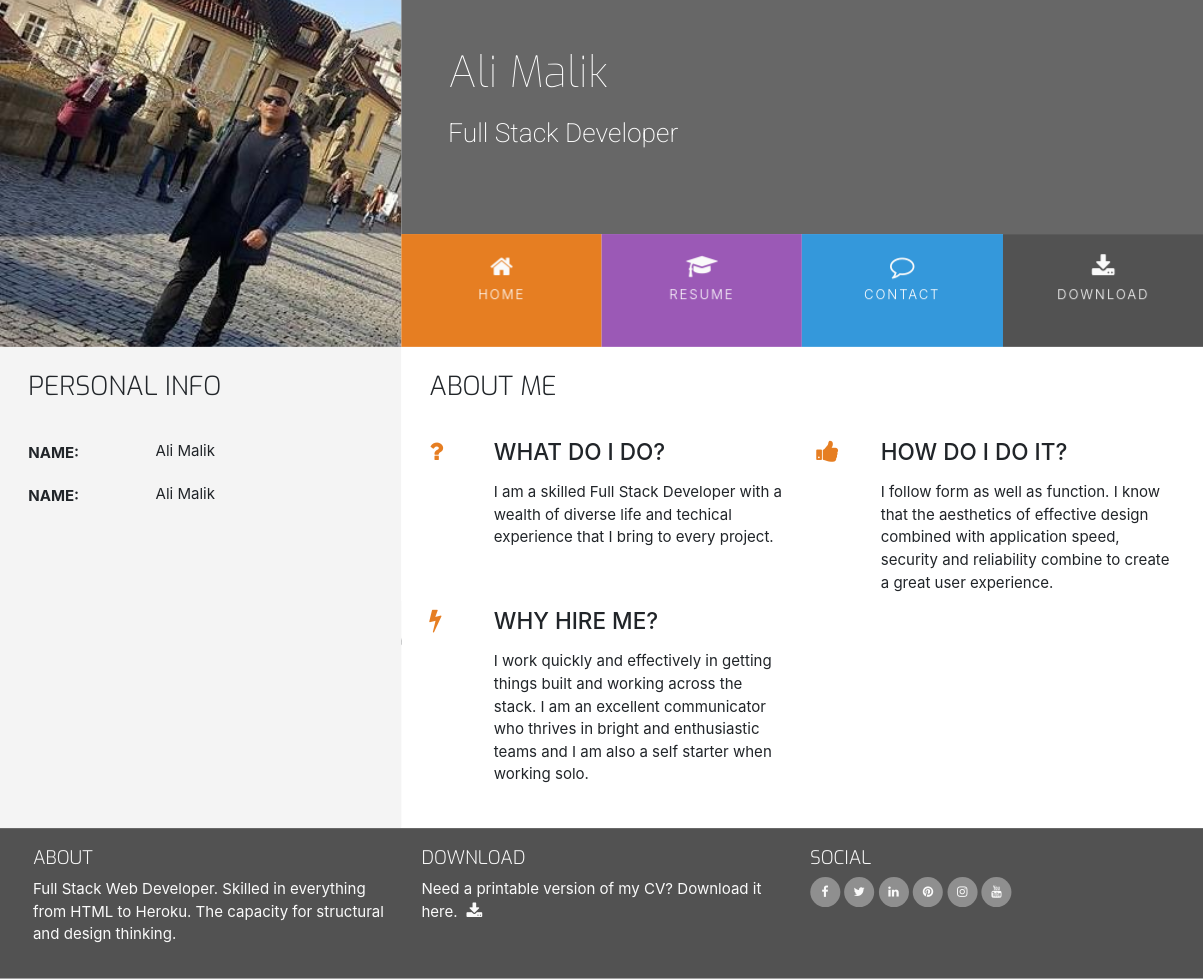
Repository: anmalik82/Padding-Top
Page: index.html
The author's editor kept a record of every edit. The page is drawn from the files as they stood at one moment, then again after the next edit.
The browser window is 1280 px wide. The pictures show the whole page, at 94% of full size.
Some web libraries are served in a nearby version.

Above is the page before.

### index.html
<!DOCTYPE html>
<html lang="en">
<head>
    <meta charset="UTF-8">
    <meta name="viewport" content="width=device-width, initial-scale=1.0">
    <meta http-equiv="X-UA-Compatible" content="ie=edge">
    <link rel="stylesheet" href="https://stackpath.bootstrapcdn.com/bootstrap/4.2.1/css/bootstrap.min.css" type="text/css" />
    <link rel="stylesheet" href="https://stackpath.bootstrapcdn.com/font-awesome/4.7.0/css/font-awesome.min.css" type="text/css" />
    <link rel="stylesheet" href="https://cdnjs.cloudflare.com/ajax/libs/hover.css/2.3.1/css/hover-min.css" type="text/css" />
    <link rel="stylesheet" href="assets/css/style.css" type="text/css" />
    <title>Ali</title>
</head>

<body>
    <header>
       <div class="row no-gutters">
           <a href="index.html" class="col-md-4 logo">

           </a>
           <div class="col-md-8">
               <div class="row no-gutters bg-color-name-title">
                   <div class="col heading">
                       <h1 class="name">Ali Malik</h1>
                       <h2 class="title">Full Stack Developer</h2>
                   </div>
               </div>
               <div class="row no-gutters">
                   <div class="col">
                       <ul id="nav" class="list-inline menucontainer">
                           <li class="col-6 col-sm-3 ui-menu-color-home list-inline-item menuitem">
                               <a href="#" class="hvr-sweep-to-bottom"><i class="fa fa-home" aria-hidden="true"></i><span>Home</span></a>
                           </li>
                           <li class="col-6 col-sm-3 ui-menu-color-resume list-inline-item menuitem">
                               <a href="#" class="hvr-sweep-to-bottom"><i class="fa fa-graduation-cap" aria-hidden="true"></i><span>Resume</span></a>
                           </li>
                           <li class="col-6 col-sm-3 ui-menu-color-contact list-inline-item menuitem">
                               <a href="#" class="hvr-sweep-to-bottom"><i class="fa fa-comment-o" aria-hidden="true"></i><span>Contact</span></a>
                           </li>
                           <li class="col-6 col-sm-3 ui-menu-color-download list-inline-item menuitem">
                               <a href="#" class="hvr-sweep-to-bottom"><i class="fa fa-download" aria-hidden="true"></i><span>Download</span></a>
                           </li>
                       </ul>
                   </div>
               </div>

           </div>
       </div>

    </header>

    <section class="container-fluid">
        <div class="row">
            <div class="col-md-4 bg-color-personal-info section-column">
                <div class="row">
                    <div class="col-12">
                        <h3 class="section-heading uppercase">
                            Personal Info
                        </h3>
                    </div>
                </div>
                <div class="personal-info-item">
                    <div class="key">
                        <p class="uppercase">
                           Name:
                        </p>
                    </div>
                    <div class="value">
                        <p class="value">
                            Ali Malik
                        </p>
                    </div>
                </div>
                <div class="personal-info-item">
                    <div class="key">
                        <p class="uppercase">
                           Name:
                        </p>
                    </div>
                    <div class="value">
                        <p class="value">
                            Ali Malik
                        </p>
                    </div>
                </div>
            </div>
            <div class="col-md-8 bg-color-three-reasons section-column">
                <div class="row">
                    <div class="col">
                        <h3 class="section-heading uppercase">About Me</h3>
                    </div>
                </div>
                <div class="row">
                    <div class="col-10 offset-1 offset-sm-0 col-sm-4 col-md-6">
                        <div class="row">
                            <div class="col-2">
                                <i class="three-reasons-icon fa fa-question" aria-hidden="true"></i>
                            </div>
                            <div class="col-10">
                               <h4 class="three-reasons-heading uppercase">What do I do?</h4>
                               <p>
                                   I am a skilled Full Stack Developer with a wealth of diverse life and techical experience that I bring to every project.
                               </p>
                            </div>
                        </div>

                    </div>
                    <div class="col-10 offset-1 offset-sm-0 col-sm-4 col-md-6">
                        <div class="row">
                            <div class="col-2">
                                <i class="three-reasons-icon fa fa-thumbs-up" aria-hidden="true"></i>
                            </div>
                            <div class="col-10">
                               <h4 class="three-reasons-heading uppercase">How do I do it?</h4>
                               <p>
                                  I follow form as well as function. I know that the aesthetics of effective design combined with application speed,
                                  security and reliability combine to create a great user experience.
                               </p>
                            </div>
                        </div>

                    </div>
                    <div class="col-10 offset-1 offset-sm-0 col-sm-4 col-md-6">
                        <div class="row">
                            <div class="col-2">
                                <i class="three-reasons-icon fa fa-bolt" aria-hidden="true"></i>
                            </div>
                            <div class="col-10">
                               <h4 class="three-reasons-heading uppercase">Why hire me?</h4>
                               <p>
                                  I work quickly and effectively in getting things built and working across the stack. I am an excellent
                                  communicator who thrives in bright and enthusiastic teams and I am also a self starter when working solo.
                               </p>
                            </div>
                        </div>

                    </div>
                </div>
            </div>
        </div>

    </section>

    <footer class="container-fluid">
        <div id="footer-details" class="row">
            <div class="col-sm-4">
                <h5 class="uppercase general-sub">About</h5>
                <p class="inline-block">
                    Full Stack Web Developer. Skilled in everything from HTML to Heroku.
                    The capacity for structural and design thinking.
                </p>
            </div>
            <div class="col-sm-4">
                <h5 class="uppercase general-sub">Download</h5>
                <p class="inline-block">
                  Need a printable version of my CV? Download it here.
                  <a href="#" target="_blank" class="cv-pdf">
                      <i class="fa fa-download" aria-hidden="true"></i>
                      <span class="sr-only">Download link</span>
                  </a>
                </p>
            </div>
            <div class="col-sm-4">
                <h5 class="uppercase general-sub">Social</h5>
                <ul class="list-inline social-links">
                    <li class="list-inline-item">
                        <a target="_blank" href="#">
                            <i class="fa fa-facebook" aria-hidden="true"></i>
                            <span class="sr-only">Facebook</span>
                        </a>
                    </li>
                    <li class="list-inline-item">
                        <a target="_blank" href="#">
                            <i class="fa fa-twitter" aria-hidden="true"></i>
                            <span class="sr-only">Twitter</span>
                        </a>
                    </li>
                    <li class="list-inline-item">
                        <a target="_blank" href="#">
                            <i class="fa fa-linkedin" aria-hidden="true"></i>
                            <span class="sr-only">Linkedin</span>
                        </a>
                    </li>
                    <li class="list-inline-item">
                        <a target="_blank" href="#">
                            <i class="fa fa-pinterest" aria-hidden="true"></i>
                            <span class="sr-only">Pinterest</span>
                        </a>
                    </li>
                    <li class="list-inline-item">
                        <a target="_blank" href="#">
                            <i class="fa fa-instagram" aria-hidden="true"></i>
                            <span class="sr-only">Instagram</span>
                        </a>
                    </li>
                    <li class="list-inline-item">
                        <a target="_blank" href="#">
                            <i class="fa fa-youtube" aria-hidden="true"></i>
                            <span class="sr-only">Youtube</span>
                        </a>
                    </li>
                </ul>
            </div>
        </div>

    </footer>

</body>

</html>

### assets/css/style.css
@import url('https://fonts.googleapis.com/css?family=Roboto:100,200,300,400,500,600,700|Exo:100,200,300,400,500,600,700');

/*----------------------------------Colours*/

.bg-color-name-title {
    background-color: #676767;
}

.bg-color-three-reasons {
    background-color: #fff;
}

.bg-color-personal-info {
    background-color: #f4f4f4;
}

.bg-color-work-history {
    background-color: #9b59b6;
}

.ui-menu-color-home {
    background-color: #e67e22;
}

.ui-menu-color-resume {
    background-color: #9b59b6;
}

.ui-menu-color-contact {
    background-color: #3498db;
}

.ui-menu-color-download {
    background-color: #525252;
}

/*----------------------------------Special paddings/margins/text*/

h1,
h2,
h3,
h4 {
    margin: 0;
}

.uppercase {
    text-transform: uppercase;
}

.general-sub {
    font-family: "Exo", sans-serif;
    font-weight: 300;
    color: #fafafa;
}

.inline-block {
    display: inline-block;
}

.row-table {
    display:table;
}

.section-column {
    display: table-cell;
    padding: 0 30px 30px;
    float: none;
}


.history-heading,
.section-heading {
    font-family:"Exo", sans-serif;
    font-weight: 300;
    margin-top: 25px;
    margin-bottom: 40px;
}

/*----------------------------------Heading*/

header {
    margin: 0;
}

.heading {
    margin-left: 50px;
}


.logo {
    background: url("../images/ali.jpg");
    background-position: center;
    background-repeat: no-repeat;
    background-size: cover;
    min-height: 360px;
    transition: all .5s ease-in-out;
    -moz-transition: all .5s ease-in-out;
    -webkit-transition: all .5s ease-in-out;

}

.name {
    font-family: "Exo", sans-serif;
    font-weight: 100;
    font-size: 46px;
    margin-top: 50px;
    color: #fff;
}

.title {
    font-family: "Roboto", sans-serif;
    font-weight: 200;
    font-size: 28px;
    margin-top: 20px;
    margin-bottom: 90px;
    color: #fff;
}


.list-inline-item:not(:last-child) {
    margin: 0;
}

.menucontainer {
    font-size: 0;
}

#nav {
    margin: 0;
}

#nav li {
    font-size: 14px;
    padding: 0;
}

.menuitem {
    height: 120px;
    text-align: center;
    padding: 0;
}

.menuitem a {
    width: 100%;
    text-decoration: none;
    color: #fff;
    height: 120px;
}

.menuitem a i {
    padding-top: 22px;
    display: block;
    color: #fafafa;
    font-size: 26px;
}

.menuitem span {
    display: block;
    width: 100%;
    padding-top: 5px;
    text-align: center;
    text-transform: uppercase;
    font-size: 14px;
    font-weight: 300;
    letter-spacing: 2px;
}

/*----------------------------------Hover.css*/

.hvr-sweep-to-bottom:before {
    background: rgba(0, 0, 0, 0.2);
    height: 120px;

}

/*----------------------------------Footer*/

footer {
    background-color: #525252;
    color: #fafafa;
    min-height: 120px;
    margin: 0;
}


.cv-pdf i {
    font-size: 18px;
    color: #fafafa;
    text-align: center;
    padding-left: 5px;
    transition: all 0.35s ease-in-out;
    -moz-transition: all 0.35s ease-in-out;
    -webkit-transition: all 0.35s ease-in-out;
    -o-transition: all 0.35s ease-in-out;

}

.cv-pdf i:hover {
    color: #e84610;
}

.social-links {
    padding-bottom: 15px;
}

.social-links li a i {
    width: 32px;
    height: 32px;
    padding: 12px 0;
    border-radius: 50%;
    font-size: 13px;
    line-height: 7px;
    text-align: center;
    color: #fafafa;
    background: #8f8f8f;
    transition: all 0.35s ease-in-out;
    -moz-transition: all 0.35s ease-in-out;
    -webkit-transition: all 0.35s ease-in-out;
    -o-transition: all 0.35s ease-in-out;
}

.social-links li a i:hover {
    background: #e84610;
}

#footer-details {
    padding: 20px;
}



/*----------------------------------Three Reasons*/

.three-reasons-icon {
    font-size: 26px;
    color: #e67e22;
}

.three-reasons-heading {
    margin-bottom: 15px;
}


/*----------------------------------Personal Info*/

.personal-info-item {
    margin-bottom: 20px;
    display: block;
    clear: both;
}

.personal-info-item .key,
.personal-info-item .value {
    padding-right: 8px;
    display: inline-block;
}

.personal-info-item .key p,
.personal-info-item .value p {
    margin: 0;
}

.personal-info-item .key {
    width: 30%;
    margin-right: 21px;
    padding-top: 2px;
    vertical-align: top;
}

.personal-info-item .key p {
    font-weight: 700;
}

.personal-info-item .value {
    position: relative;
    width: 60%;
}

/*----------------------------------Skills*/

.progress {
    position: relative;
    height: 25px;
    margin-bottom: 4px;
}

.progress-type {
    position: absolute;
    left: 0px;
    font-weight: 400;
    padding: 3px 30px 2px 10px;
    color: #fafafa;
    background-color: rgba(25, 25, 25, 0.2);
}

.progress-section {
    margin: 40px 20px;
}

/*----------------------------------Work History*/

.history-heading {
    color: #fafafa;
    margin-bottom: 50px;
}

.timeline-item {
    padding: 4em 2em 0em 2em;
    position: relative;
    color: #fafafa;
    border-left: 1px solid;
}


.timeline-item p {
    padding: 0;
    margin: 0;
}

.timeline-item:before {
    content: attr(data-dates);
    position: absolute;
    left: 2.5em;
    top: 3em;
    display: block;
    font-family: "Exo", sans-serif;
    font-weight: 500;
    font-size: 0.8em;
    padding: 0;
    margin: 0;
}

.timeline-item:after {
    width: 12px;
    height: 12px;
    display: block;
    top: 2.4em;
    position: absolute;
    left: -6px;
    border-radius: 12px;
    content: '';
    background: #fafafa;

}

After the next edit:
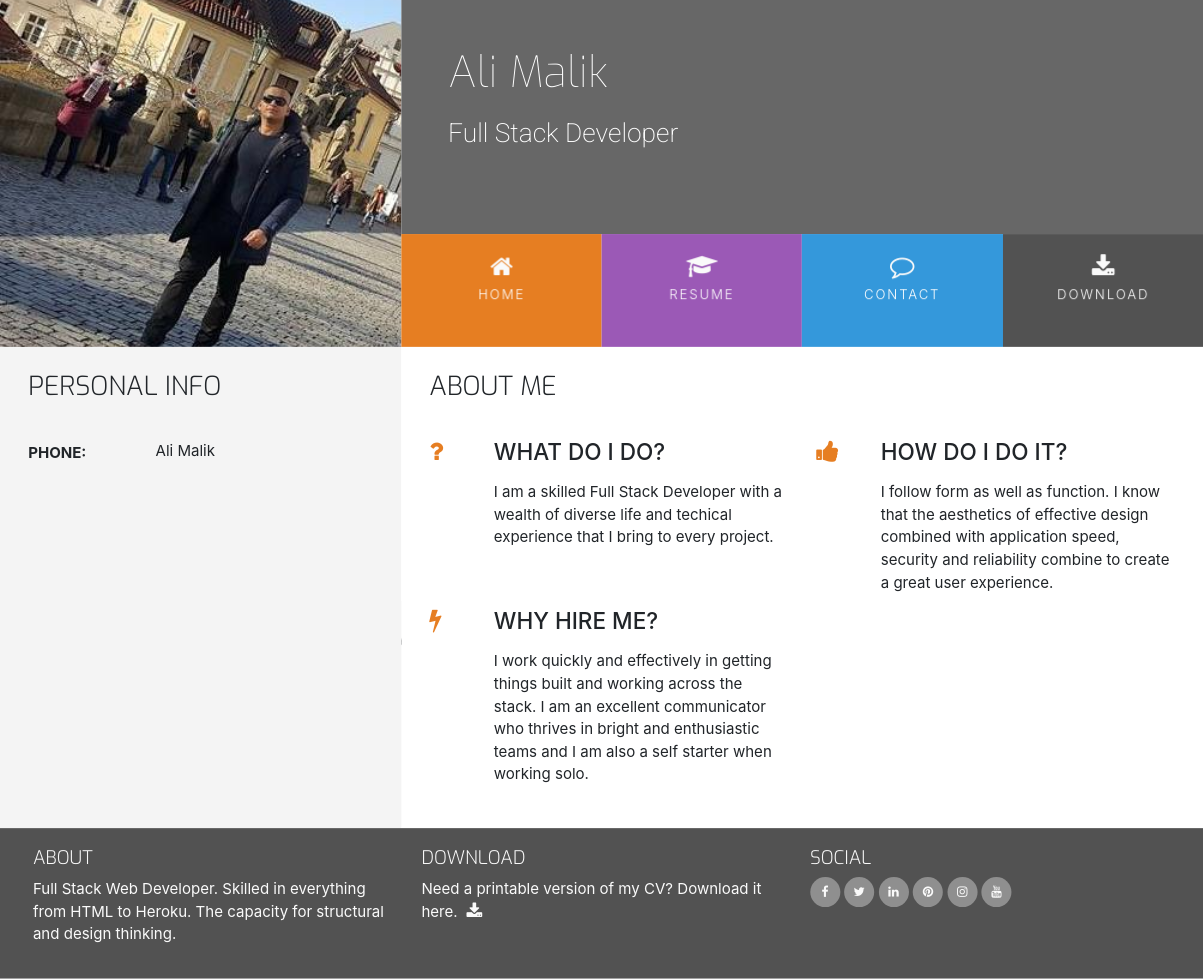
The edit:
--- a/index.html
+++ b/index.html
@@ -61,19 +61,7 @@
                 <div class="personal-info-item">
                     <div class="key">
                         <p class="uppercase">
-                           Name:
-                        </p>
-                    </div>
-                    <div class="value">
-                        <p class="value">
-                            Ali Malik
-                        </p>
-                    </div>
-                </div>
-                <div class="personal-info-item">
-                    <div class="key">
-                        <p class="uppercase">
-                           Name:
+                           Phone:
                         </p>
                     </div>
                     <div class="value">
